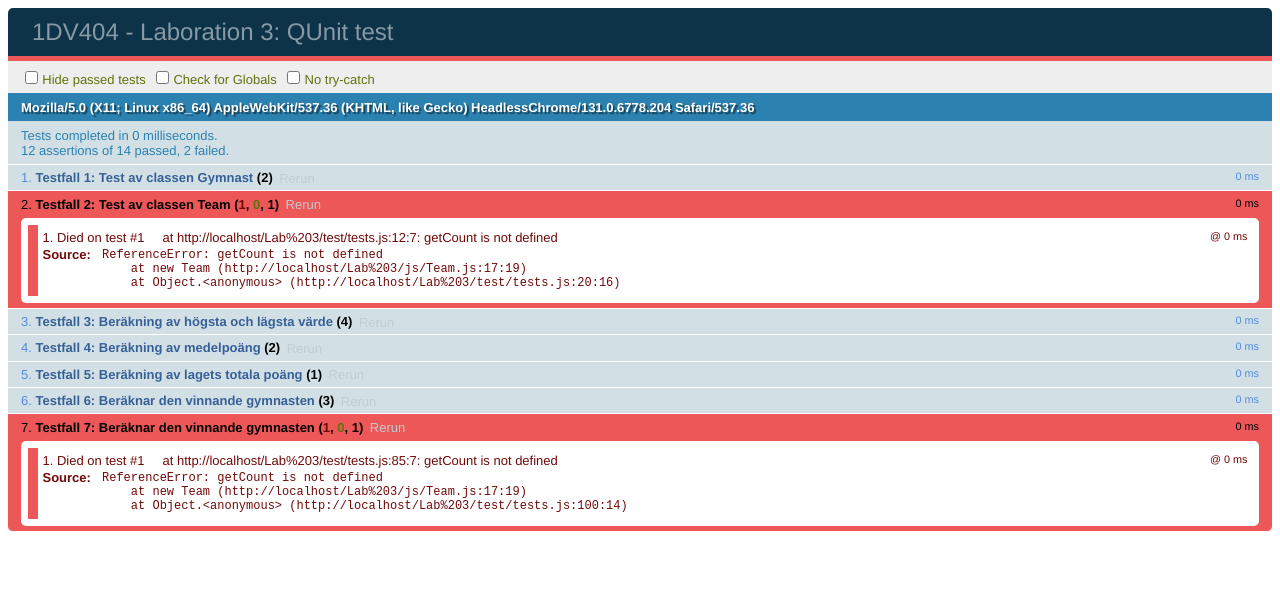
Repository: Holmewi/1dv404-jh222qr-laborationer
Page: Lab 3/test.html
The author's editor kept a record of every edit. The page is drawn from the files as they stood at one moment, then again after the next edit.
The browser window is 1280 px wide. The pictures show the whole page.

Above is the page before.

After the next edit:
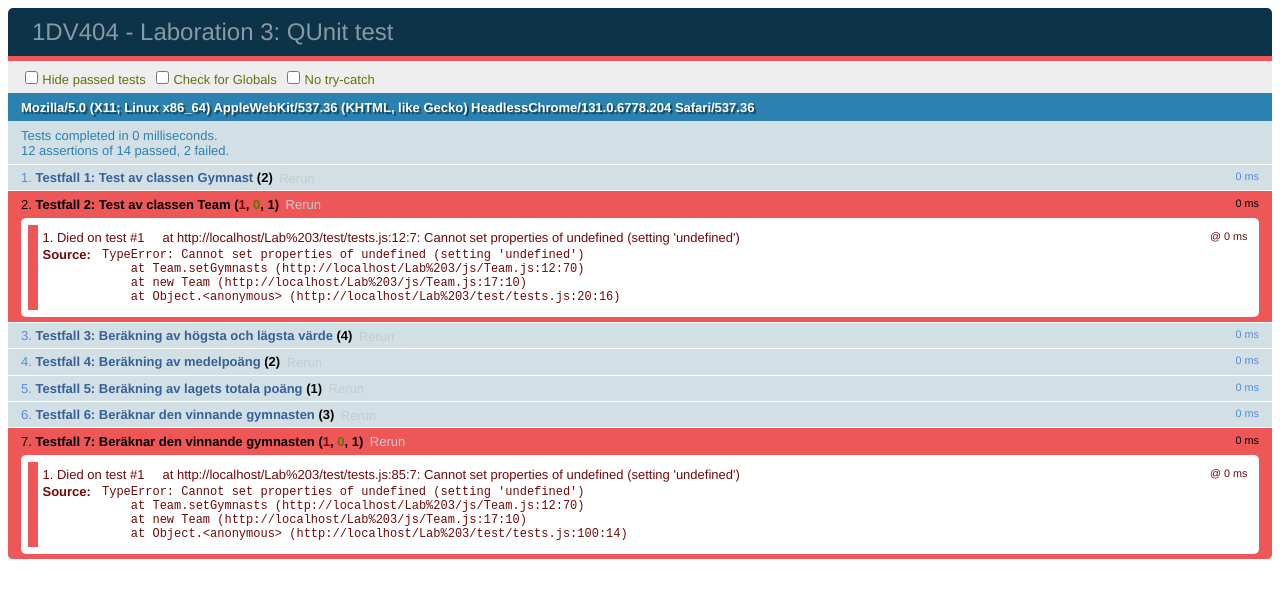
The edit:
--- a/Lab 3/js/Team.js
+++ b/Lab 3/js/Team.js
@@ -14,8 +14,7 @@
     this.setName(teamName);
     this.setId(teamId);
     this.setAmount(amount);
-    this.setCount(getCount);
-    this.setGymnasts(gymnasts[this.getCount]);
+    this.setGymnasts(gymnasts);
 
     console.log(gymnasts);
 }
